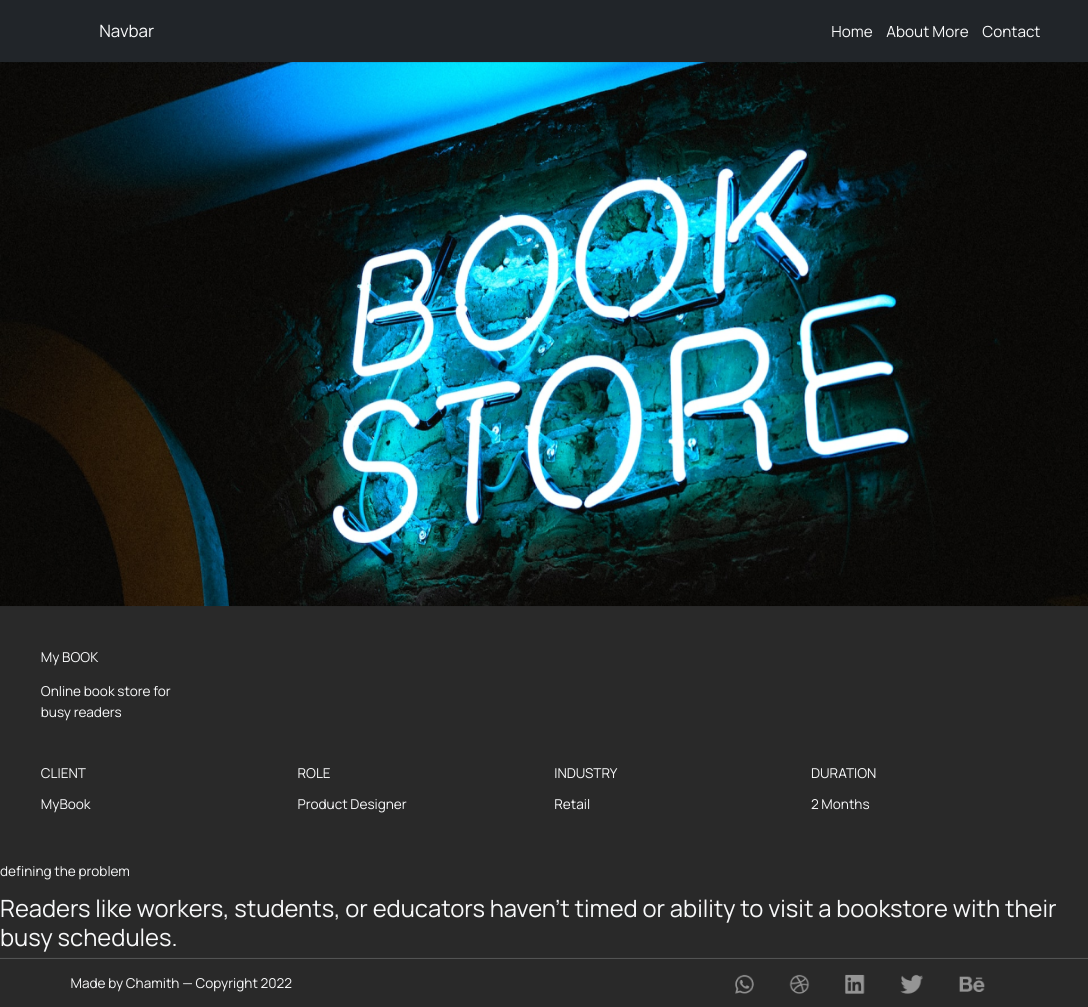
Repository: Realchamithweb/chamith-html
Page: work.html
These files come from the project's save history. The page is drawn as it stood at one moment and after the next save; the edit follows.
The browser window is 1280 px wide. The pictures show the whole page, at 85% of full size.

Above is the page before, as saved 2023-01-24 07:19:05.

### work.html
<!doctype html>
<html lang="en">
  <head>
    <!-- Required meta tags -->
    <meta charset="utf-8">
    <meta name="viewport" content="width=device-width, initial-scale=1">
    <link rel="stylesheet" href="/css/style.css">
    <!-- Bootstrap CSS -->
    <link href="https://cdn.jsdelivr.net/npm/bootstrap@5.0.2/dist/css/bootstrap.min.css" rel="stylesheet" integrity="sha384-EVSTQN3/azprG1Anm3QDgpJLIm9Nao0Yz1ztcQTwFspd3yD65VohhpuuCOmLASjC" crossorigin="anonymous">
    <link rel="stylesheet" href="https://fonts.googleapis.com/css?family=Manrope">
    <title>Hello, world!</title>
  </head>
  <body>
    <div class="main">
            <div class="head">
                <nav class="navbar navbar-expand-lg navbar-light bg-dark">
                    <div class="container-fluid">
                        <div class="col-md-1"></div>
                    <a class="navbar-brand col-md-8 text-light" href="/index.html">Navbar</a>
                    <button class="navbar-toggler" type="button" data-bs-toggle="collapse" data-bs-target="#navbarNavDropdown" aria-controls="navbarNavDropdown" aria-expanded="false" aria-label="Toggle navigation">
                        <span class="navbar-toggler-icon"></span>
                    </button>
                    <div class="collapse navbar-collapse" id="navbarNavDropdown">
                        <ul class="navbar-nav">
                        <li class="nav-item">
                            <a class="nav-link active text-light" aria-current="page" href="/index.html">Home</a>
                        </li>
                        <li class="nav-item">
                            <a class="nav-link text-light" href="/work.html">About More</a>
                        </li>
                        <li class="nav-item">
                            <a class="nav-link text-light" href="/contact.html">Contact</a>
                        </li>
                        </ul>
                    </div>
                    </div>
                </nav>
            </div>
            <section>
                <div class="row">
                    <img src="/inc/work-top.png" class="work-hero">
                </div>
            </section>
            <section>
                <div class="row">
                    <div class="container-fluid text-light ms-5 mt-5">
                        <p>My BOOK</p>
                        <h>Online book store for<br>
                            busy readers </h3>
                    </div>
                </div>
                <div class="row p-5">
                        <div class="col-lg-3 text-light">
                            <p>CLIENT</p>
                            <h6>MyBook</h6>
                        </div>
                        <div class="col-lg-3 text-light">
                            <p>ROLE</p>
                            <h6>Product Designer</h6>
                        </div>
                        <div class="col-lg-3 text-light">
                            <p>INDUSTRY</p>
                            <h6>Retail</h6>
                        </div>
                        <div class="col-lg-3 text-light">
                            <p>DURATION</p>
                            <h6>2 Months</h6>
                        </div>
                </div>
            </section>
            <section>
                <div class="row">
                    <div class="col-lg-12 text-light ">
                        <p>defining the problem</p>
                        <h3>Readers like workers, students, or educators haven't timed or ability to visit a bookstore with their busy schedules.</h3>
                    </div>
                </div>
            </section>
            <section>
              <div class="footer">
                  <div class="container-fluid">
                      <div class="row">
                          <hr class="text-light">
                          <div class="col-lg-4 text-center text-light mb-3">Made by Chamith — Copyright 2022</div>
                          <div class="col-lg-4 mb-3"></div>
                          <div class="col-lg-4 mb-3"><img src="/inc/Icons.png" class="img02"></div>
                      </div>
                  </div>
              </div>
          </section>

  </div>


    <!-- Optional JavaScript; choose one of the two! -->

    <!-- Option 1: Bootstrap Bundle with Popper -->
    <script src="https://cdn.jsdelivr.net/npm/bootstrap@5.0.2/dist/js/bootstrap.bundle.min.js" integrity="sha384-MrcW6ZMFYlzcLA8Nl+NtUVF0sA7MsXsP1UyJoMp4YLEuNSfAP+JcXn/tWtIaxVXM" crossorigin="anonymous"></script>

    <!-- Option 2: Separate Popper and Bootstrap JS -->
    <!--
    <script src="https://cdn.jsdelivr.net/npm/@popperjs/core@2.9.2/dist/umd/popper.min.js" integrity="sha384-IQsoLXl5PILFhosVNubq5LC7Qb9DXgDA9i+tQ8Zj3iwWAwPtgFTxbJ8NT4GN1R8p" crossorigin="anonymous"></script>
    <script src="https://cdn.jsdelivr.net/npm/bootstrap@5.0.2/dist/js/bootstrap.min.js" integrity="sha384-cVKIPhGWiC2Al4u+LWgxfKTRIcfu0JTxR+EQDz/bgldoEyl4H0zUF0QKbrJ0EcQF" crossorigin="anonymous"></script>
    -->
  </body>
</html>

### css/style.css
.main{
    background-color: #292929;
    font-family: 'Manrope', serif;
    overflow-x: hidden;

}
.navbar{
    padding-top: 15px!important;
    padding-bottom: 15px!important;
}
.nav-link{
    font-size: 18px!important;
}
.hero{
    margin-top: 66px;
}

.hero-img{
    margin-top: 3em;
}

.hero-title{
    font-style: normal;
    font-weight: 400;
    font-size: 54px;
    line-height: 64px;
    margin-left: 96px;
}

.hero-text{
    font-style: normal;
    font-weight: 400;
    font-size: 20px;
    line-height: 30px;
    margin-left: 96px;
}

.hero-btn{
    margin-left: 96px;
}

.work-img:hover img{
        opacity: 0.5;
}

.work-img {
    position: relative;
  }

  .bg-color
  .work-img img {
    width: 100%;
    opacity: 1;
    transition: opacity 0.5s;
  }
.work-img .text {
    position: absolute;
    top: 50%;
    left: 50%;
    transform: translate(-50%, -50%);
    text-align: center;
    color: white;
  }

  .work-hero{
    width: 1440px;
    height: 640px;
    left: 0px;
    top: 0px;
  }
/*
.hero-title{
    position: absolute;
    width: 824px;
    height: 192px;
    left: 96px;
    top: 240px;

    font-family: 'Inter';
    font-style: normal;
    font-weight: 400;
    font-size: 54px;
    line-height: 64px;
    color: #000000;
}

.hero-text{
    position: absolute;
    width: 824px;
    height: 90px;
    left: 96px;
    top: 456px;

    font-family: 'Inter';
    font-style: normal;
    font-weight: 400;
    font-size: 20px;
    line-height: 30px;
    /* or 150% */
    /* color: #000000
}

.hero-btn{
    box-sizing: border-box;
    position: absolute;
    width: 341.57px;
    height: 57px;
    left: 96px;
    top: 634px;

    background: #FFFFFF;
    border: 1px solid #000000;
    border-radius: 4px;
}

.f-row{
    display: flex;
    flex-direction: row;
    justify-content: center;
    align-items: center;
    padding: 8px;
    gap: 32px;

    position: absolute;
    height: 48px;
    left: 96px;
    top: 836px;
}

.img00{
    display: flex;
    flex-direction: row;
    justify-content: center;
    align-items: center;
    padding: 8px;
    gap: 32px;

    position: absolute;
    width: 198px;
    height: 48px;
    left: 96px;
    top: 836px;

}

.img01{
    position: absolute;
    width: 612px;
    height: 888px;
    left: 96px;
    top: 964px;
    border-radius: 4px;
}

.img01:hover{
    background: linear-gradient(0deg, rgba(0, 0, 0, 0.6), rgba(0, 0, 0, 0.6)), url("/inc/Bookstore.png"), #292929;
}

.img02{
    position: absolute;
    width: 612px;
    height: 888px;
    left: 732px;
    top: 1102px;

    background: url(3ffea8135910975.Y3JvcCwxMDgwLDg0NCwwLDExNw.png), #292929;
    border-radius: 4px;
}  */

After the next save:
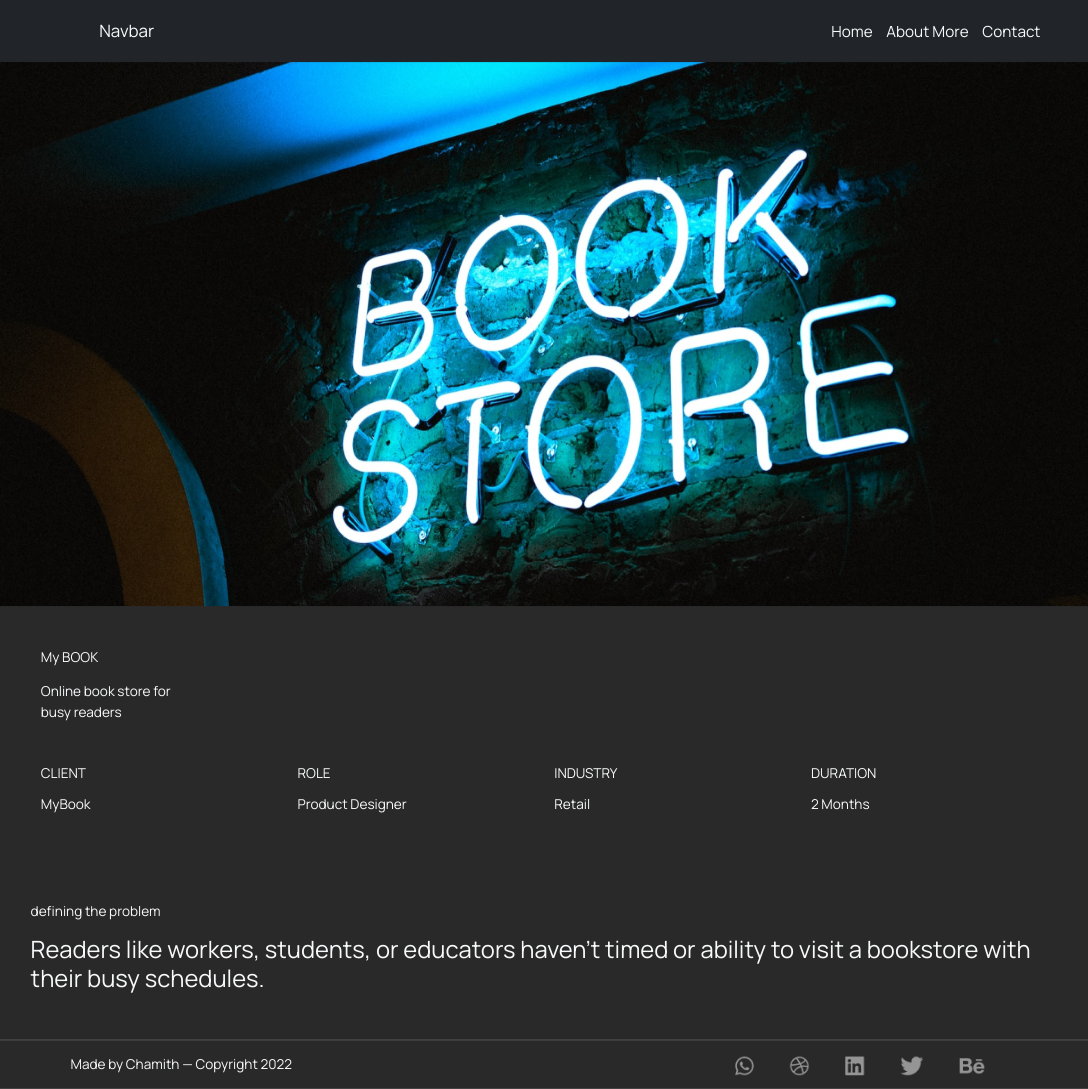
Saved 4 s later.
--- a/work.html
+++ b/work.html
@@ -70,7 +70,7 @@
             </section>
             <section>
                 <div class="row">
-                    <div class="col-lg-12 text-light ">
+                    <div class="col-lg-12 text-light p-5">
                         <p>defining the problem</p>
                         <h3>Readers like workers, students, or educators haven't timed or ability to visit a bookstore with their busy schedules.</h3>
                     </div>
